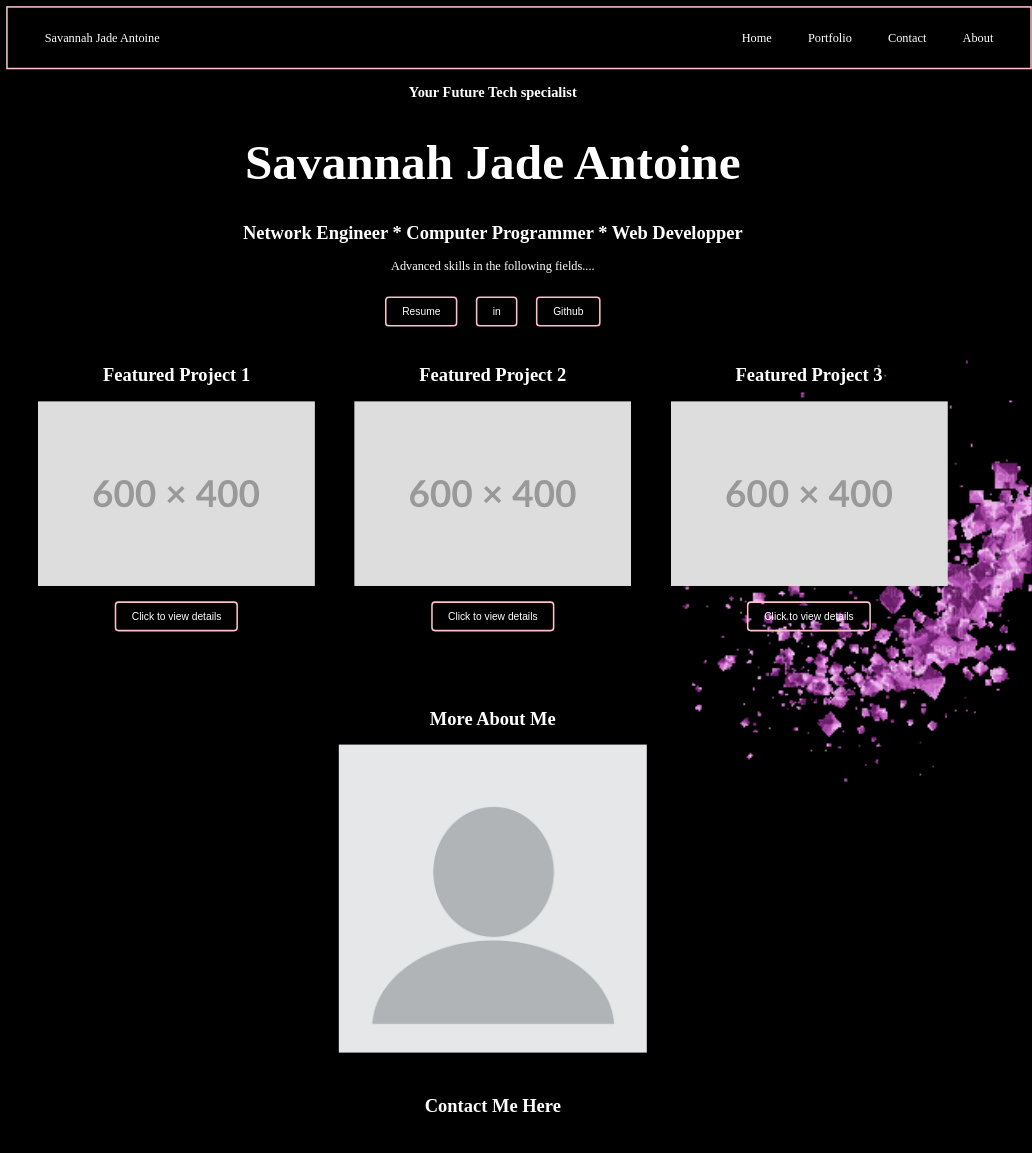
Repository: Savannah-Antoine/Savannah-Antoine
Page: index.html
These files come from the project's save history. The page is drawn as it stood at one moment and after the next save; the edit follows.
The browser window is 1280 px wide. The page is 1340 px wide, then 1280 px, so the pictures cover 1340 px, including what lies to the right of the window. The pictures show the whole page, at 77% of full size.

Above is the page before, as saved 2026-05-15 12:59:41.

### index.html
<!DOCTYPE html>
<html lang="en">
<head>
    <meta charset="UTF-8">
    <meta name="viewport" content="width=device-width, initial-scale=1.0">
    <link rel = "stylesheet" href = "./styles/index.css" />
    <link rel = "stylesheet" href = "./styles/globals.css" />
    <title>Document</title>
</head>
<body>
<header>
    <nav>
        <ul class = "homeButton">
           <li><a href = "index.html">Savannah Jade Antoine</a></li>
        </ul>
        <ul class = "navigation">
  <li><a href="index.html">Home</a></li>
  <li><a href="#PortfolioSection">Portfolio</a></li>
  <li><a href="#ContactMe">Contact</a></li>
  <li><a href="#AboutMe">About</a></li>
</ul>

</nav>
<h3>Your Future Tech specialist</h3>
<h1> Savannah Jade Antoine</h1>
<h2>Network Engineer * Computer Programmer * Web Developper</h2>
<p> Advanced skills in the following fields....</p>
<div class = "infoButtons">
<a href = "Savannah Jade Resume (1).pdf"><button>Resume</button></a>
<a href = "www.linkedin.com/in/savannah-antoine-ab0756390"><button>in</button></a>
<button>Github</button>
</div>

</header>
<main class = "container">
<section id = "PortfolioSection" class = "project-card">

<h2>Featured Project 1</h2>
<img src = "./assets/images/placeholder1.svg" alt = "First Portfolio placeholder image" />
<p><a href = "./pages/project-name-1.html"><button>Click to view details</button></a>
</section>


<section class = "project-card">
<h2>Featured Project 2</h2>
<img src = "./assets/images/placeholder1.svg" alt = "Second Portfolio placeholder image" />
<p><a href = "./pages/project-name-2.html"><button>Click to view details</button></a>
</section>
<section class = "project-card">
<h2>Featured Project 3</h2>
<img src = "./assets/images/placeholder1.svg" alt = "Third Portfolio placeholder image" />
<p><a href = "./pages/project-name-3.html"><button>Click to view details</button></a>
</section>

<section id = "AboutMe" class = "aboutMe">
<h2>More About Me</h2>
<img src = "./assets/images/profilepic.png" alt = "profile picture" />
</section>

<section id = "ContactMe">
<h2>Contact Me Here</h2>

</section>



</main>

</body>
</html>

### styles/index.css
.container{
  display: flex;
    flex-direction: column;
    align-items: center;
    gap: 2rem;
    padding: 20px;

}

   nav {
    display: flex;/
    align-items: center;
    padding: 1rem;
    background-color: black;
    gap: 1rem;
    width: 100%;
}

.navigation {
    display: flex;
    flex-wrap: wrap;
    justify-content: center;
    gap: 15px;
    padding: 0;
    list-style: none;
}


body h1{
    font-size: 2.5rem;

}

img{
   width: 100%;
    max-width: 400px;
    height: auto;
}

@media screen and (min-width: 768px)
{

   body h1 {
        font-size: 4rem;
    }
    .container {
        flex-direction: row;
        flex-wrap: wrap;
        justify-content: space-around;
        align-items: flex-start;
    }
    .project-card {
        width: 30%;
        min-width: 250px;
        text-align: center;
    }

    .aboutMe{
        width: 100%;
        text-align: center;
        margin-top: 2rem;

    }
}




@media screen and (min-width: 1000px)
{
    .container {
        max-width: 1200px;
        margin: 0 auto;
    }
}

### styles/globals.css
body {
    background-color: black;
  background-image: url(/assets/images/background-pic.gif);
  background-repeat: no-repeat;
  background-size: cover;
  color: white;
  font-size: 16px;
  text-align: center;
}



.homeButton{
  order: -1;
  list-style-type: none;
  margin: 0;
  padding: 0;
  display: flex;
  justify-content: left;

}


nav {
    display: flex;
    justify-content: space-between;
    align-items: center;
    padding: 1rem 2rem;

    border: 2px solid pink;
    cursor: pointer;


}



nav ul {
    display: flex;
    list-style: none;
    gap: 1rem;
    margin: 0;
    padding: 0;
}
button {
    padding: 10px 20px;
    background-color: transparent;
    color: white;
    border: 2px solid pink;
    cursor: pointer;
    transition: all 0.3s ease; /* This makes the transition smooth */
    border-radius: 5px;
    gap: 1rem;
}
button:hover {
    background-color: pink;
    color: rgb(31, 1, 31);
    transform: translateY(-3px);
    box-shadow: 0 5px 15px rgba(255, 255, 255, 0.3);
}

.infoButtons {
    display: flex;
    justify-content: center;
    gap: 1.5rem;
    margin-top: 20px;
    min-width: 100px;
    padding: 10px 15px;
}

li a {
  display: block;
  color: white;
  padding: 14px 16px;
  text-decoration: none;
}

ul li a:hover {
 background-color: pink;
  color: rgb(31, 1, 31);
  box-shadow: 0 5px 15px rgba(255, 255, 255, 0.3)
}

h1{

  font-size: 4rem;
}

After the next save:
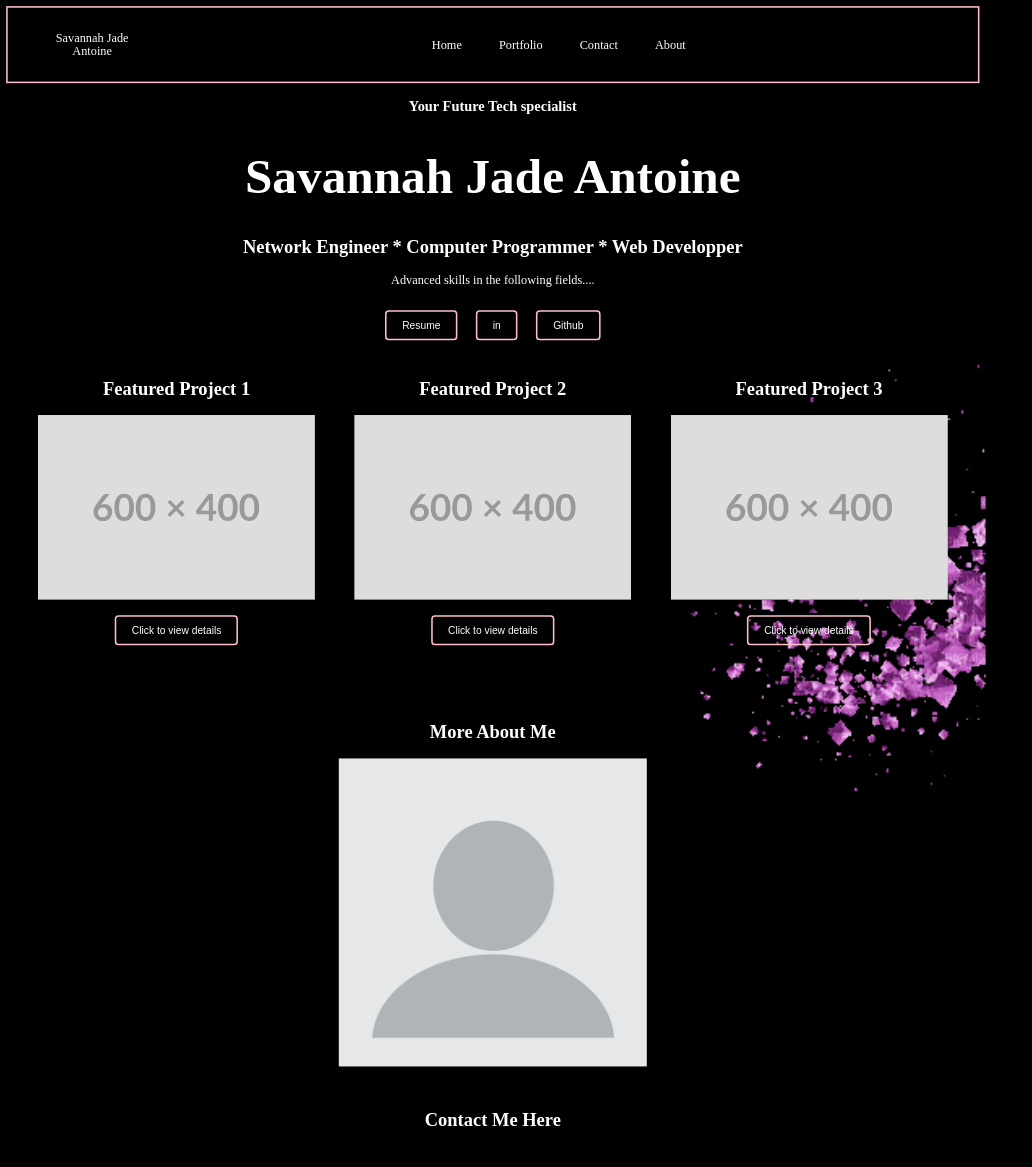
Saved 3 min 10 s later.
--- a/styles/index.css
+++ b/styles/index.css
@@ -7,22 +7,21 @@
 
 }
 
-   nav {
-    display: flex;/
-    align-items: center;
-    padding: 1rem;
-    background-color: black;
+  nav {
+    display: flex;
+    flex-direction: column; /* Stacks name and list */
+    align-items: center;    /* Centers everything */
+    text-align: center;
+    padding: 1.5rem 1rem;
     gap: 1rem;
-    width: 100%;
 }
 
 .navigation {
     display: flex;
-    flex-wrap: wrap;
+    flex-wrap: wrap;       /* Allows them to be 2x2 if the screen is tiny */
     justify-content: center;
-    gap: 15px;
-    padding: 0;
-    list-style: none;
+    gap: 1rem;
+    width: 100%;
 }
 
 
@@ -61,6 +60,10 @@ img{
         margin-top: 2rem;
 
     }
+    nav {
+        flex-direction: row;
+        justify-content: space-between;
+    }
 }
 
 
